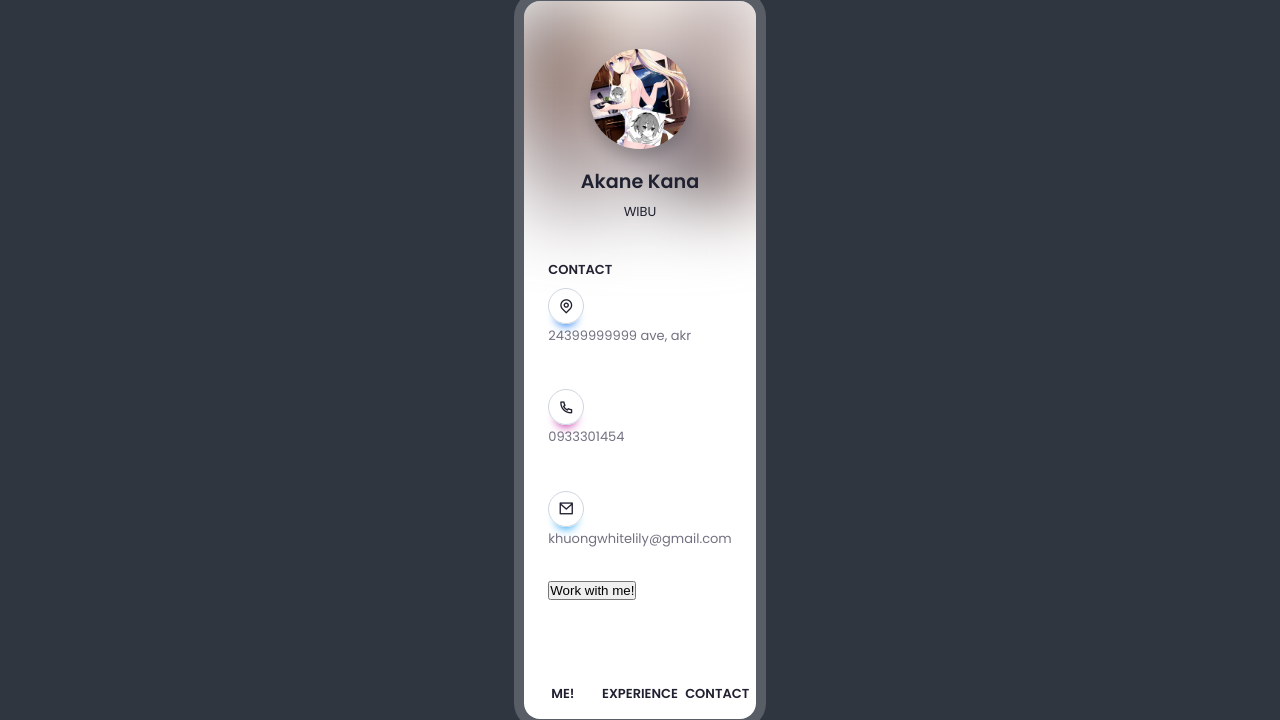
Repository: AkaneKana/AkaneKana
Page: index.html
An editor plug-in stored every save of this project. The page is shown before and after the next save, followed by the edit.
The browser window is 1280 px wide. The pictures show the whole page.
Some web libraries are served in a nearby version.

Above is the page before, as saved 2023-05-19 17:09:06.

After the next save:
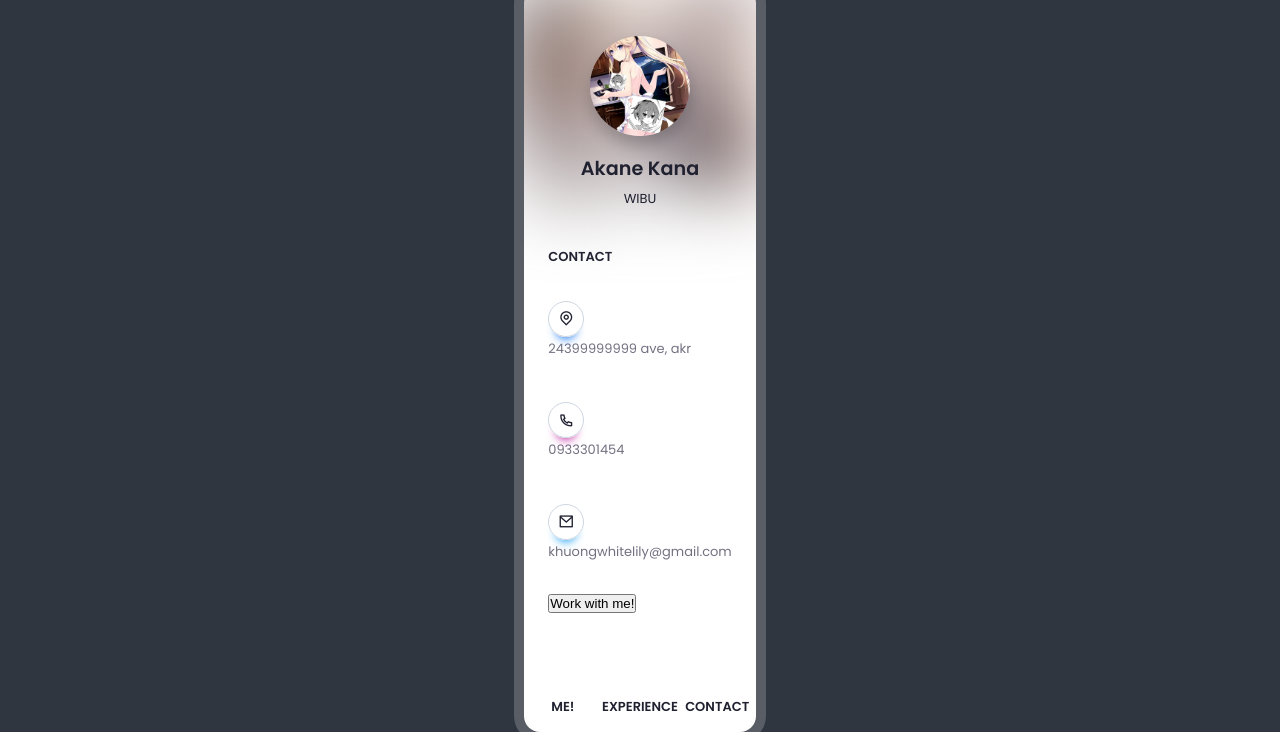
Saved 4 s later.
--- a/style.css
+++ b/style.css
@@ -327,5 +327,5 @@ section > div.active {
 /*contact*/
 .card .contact ul {
   flex-direction: column;
-  margin-top;
-}
+  margin-top: 2em;
+}
